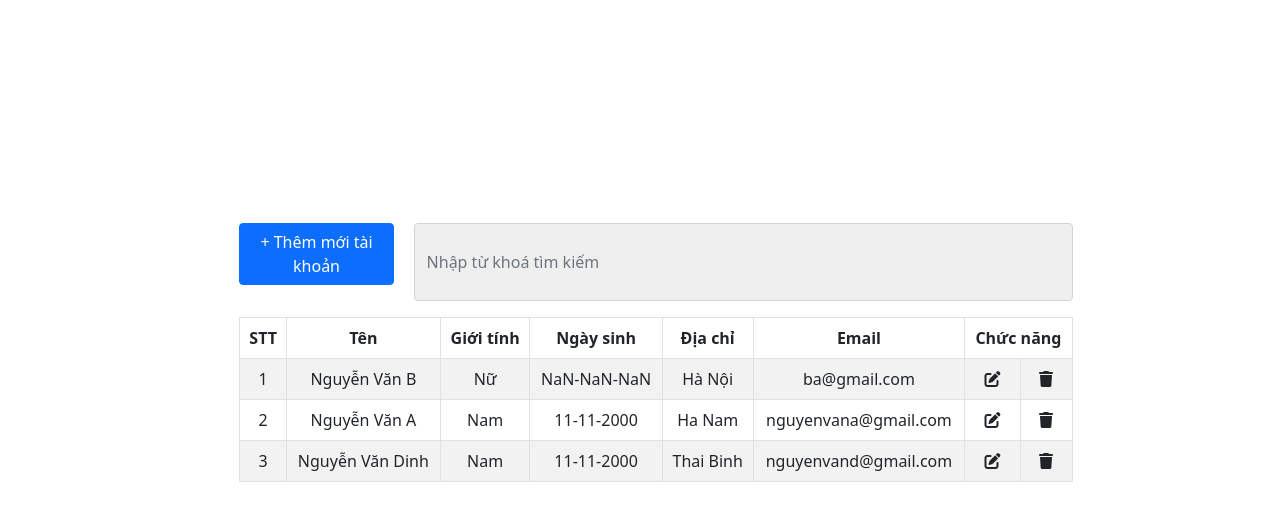
Repository: TinhTT336/MD02_Session12
Page: / (app in client/)
These files come from the project's save history. The page is drawn as it stood at one moment and after the next save; the edit follows.
The browser window is 1280 px wide. The pictures show the whole page.
The project was rebuilt for these pictures with package versions that can differ from the ones it lists, and the page was loaded fresh each time. Requests to the local data server were answered from the project's data file. Also part of the build but not shown: client/vite.config.js, client/src/components/admin/manager-product/FormAdd.jsx, client/src/components/admin/manager-product/FormEdit.jsx, client/src/pages/product/ListProduct.jsx, client/src/components/admin/manager-user/FormAddUser.jsx, client/src/components/admin/manager-user/FormEditUser.jsx.

Above is the page before, as saved 2023-09-12 09:43:04.

After the next save:
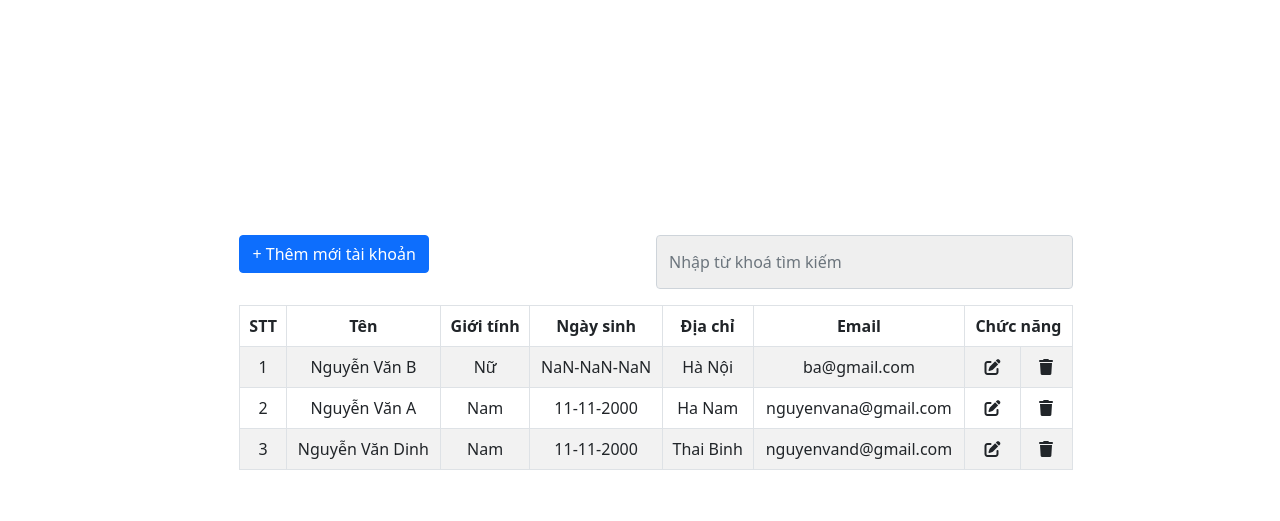
Saved 24 s later.
--- a/client/src/pages/admin/ListUser.jsx
+++ b/client/src/pages/admin/ListUser.jsx
@@ -67,7 +67,7 @@
                 <div className='d-flex justify-content-between mb-3' style={{ width: "100%", gap: "20px" }}>
                     <button onClick={handleShow} className='btn btn-primary mb-3'>+ Thêm mới tài khoản</button>
                     <input value={searchText}
-                        onChange={(e) => setSearchText(e.target.value)} type="text" name="" id="" className="form-control" placeholder='Nhập từ khoá tìm kiếm' />
+                        onChange={(e) => setSearchText(e.target.value)} type="text" name="" id="" className="form-control w-50" placeholder='Nhập từ khoá tìm kiếm' />
                 </div>
                 <table className='table table-striped table-hover table-bordered'>
                     <thead>

After the save that followed:
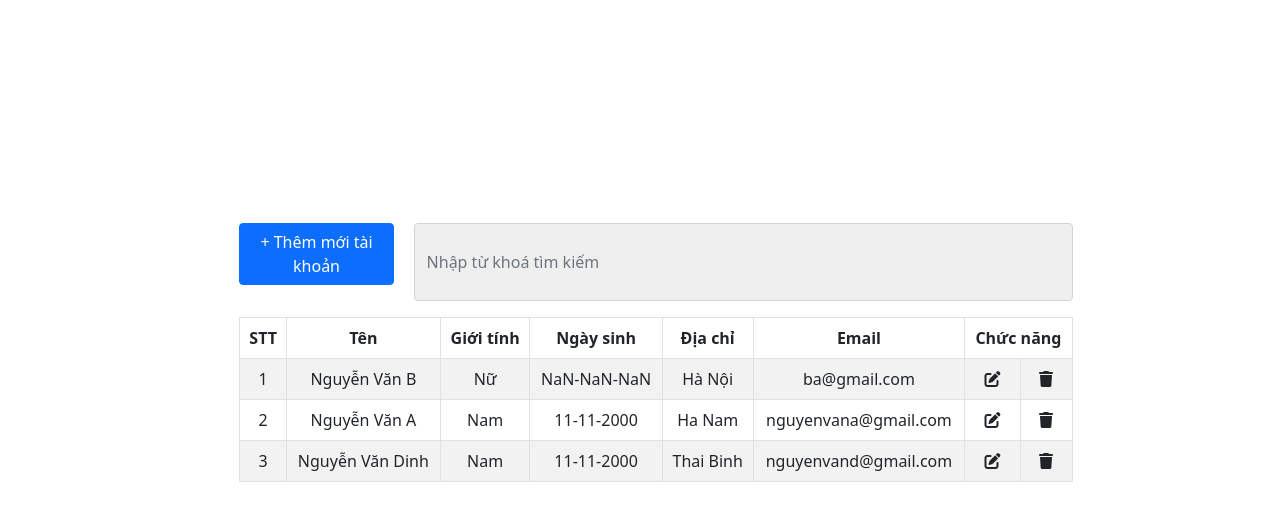
Saved 10 s later.
--- a/client/src/pages/admin/ListUser.jsx
+++ b/client/src/pages/admin/ListUser.jsx
@@ -67,7 +67,7 @@
                 <div className='d-flex justify-content-between mb-3' style={{ width: "100%", gap: "20px" }}>
                     <button onClick={handleShow} className='btn btn-primary mb-3'>+ Thêm mới tài khoản</button>
                     <input value={searchText}
-                        onChange={(e) => setSearchText(e.target.value)} type="text" name="" id="" className="form-control w-50" placeholder='Nhập từ khoá tìm kiếm' />
+                        onChange={(e) => setSearchText(e.target.value)} type="text" name="" id="" className="form-control w-40" placeholder='Nhập từ khoá tìm kiếm' />
                 </div>
                 <table className='table table-striped table-hover table-bordered'>
                     <thead>
